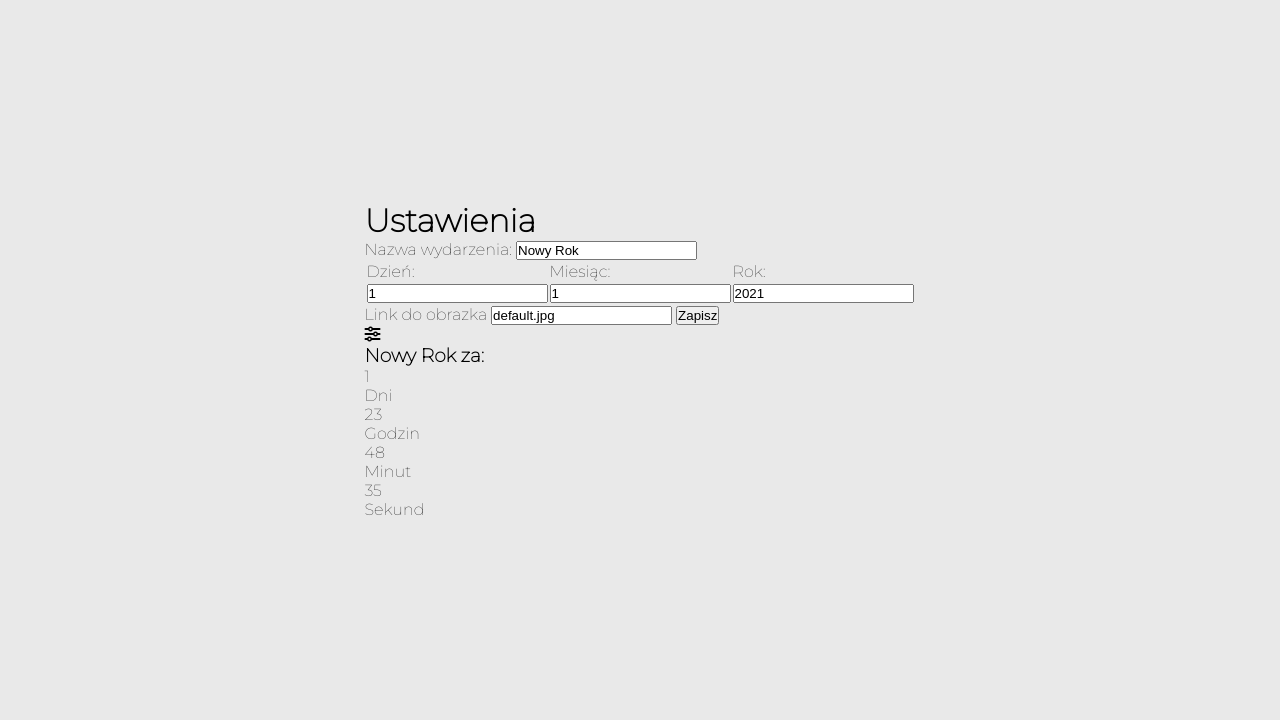
Repository: KrzysKolo/Projekt-8_Czasomierz
Page: index.html
These files come from the project's save history. The page is drawn as it stood at one moment and after the next save; the edit follows.
The browser window is 1280 px wide. The pictures show the whole page.
Some web libraries are served in a nearby version.

Above is the page before, as saved 2020-07-19 10:06:35.

After the next save:
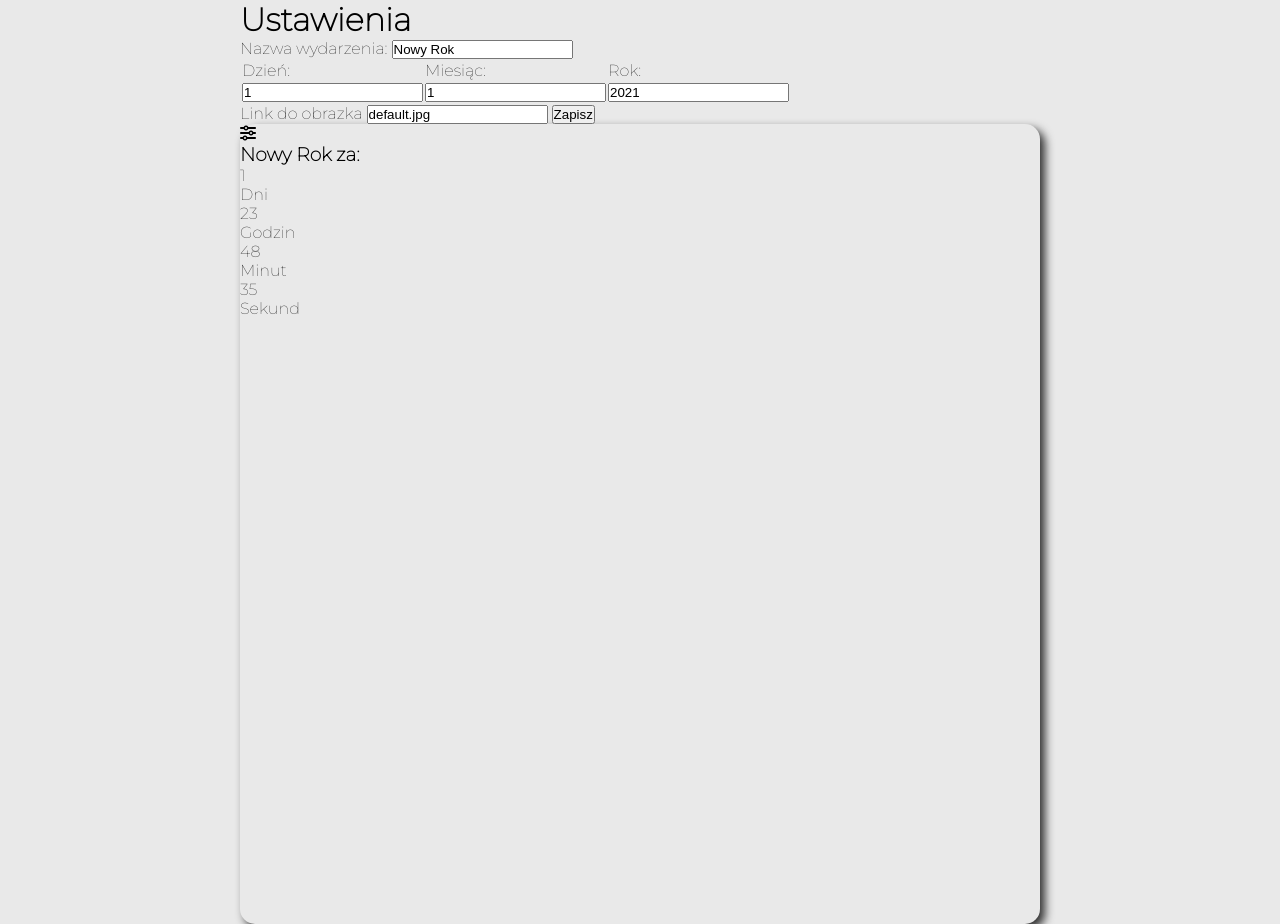
Saved 3 min 54 s later.
--- a/css/style.css
+++ b/css/style.css
@@ -14,3 +14,11 @@ body {
 .counter-app {
   position: relative;
 }
+.app-body {
+  display: flex;
+  flex-direction: column;
+  width: 800px;
+  height: 800px;
+  border-radius: 15px;
+  box-shadow: 5px 5px 10px rgba(0, 0, 0, 0.8);
+}
